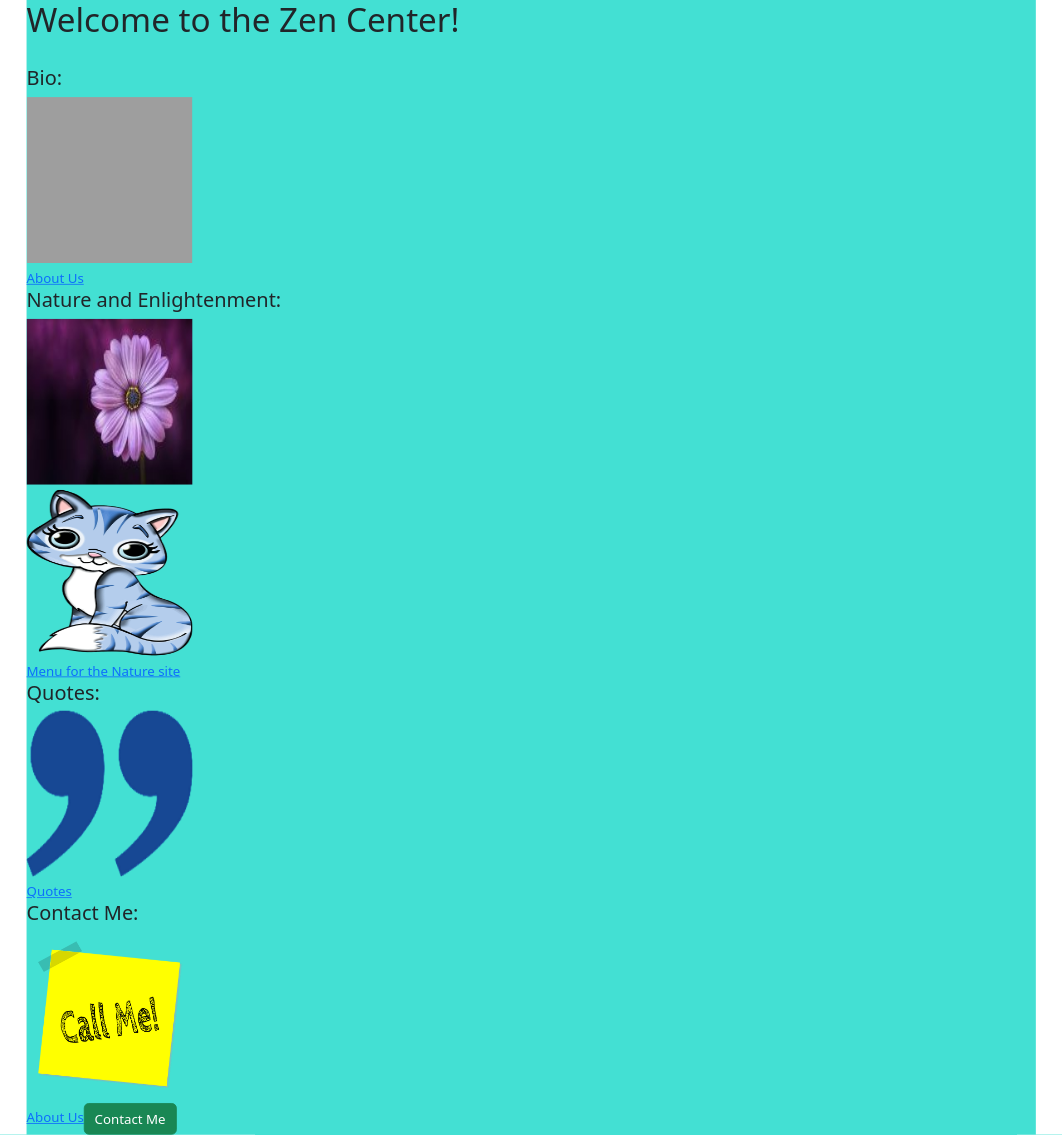
Repository: collegedude9300/zenstationnext
Page: /
The author's editor kept a copy of each file at every save. The page is drawn from the files as they stood at one save, then again after the next save.
The browser window is 1280 px wide. The pictures show the whole page, at 83% of full size.
Pictures or frames that could not be fetched are drawn as grey boxes. The project was rebuilt for these pictures with package versions that can differ from the ones it lists, and the page was loaded fresh each time. The framework's server and built-in components were replaced by stand-ins that run in the browser. Also part of the build but not shown: next.config.js.

Above is the page before, as saved 2022-10-11 13:30:30.

### pages/index.js

import Head from 'next/head'
import Image from 'next/image'
import styles from '../styles/Home.module.css'
import 'bootstrap/dist/css/bootstrap.css'
import Link from 'next/link'
export default function Home() {
  return (
    <div className={styles.container}>
      <Head>
        <title>Create Next App</title>
        <meta name="description" content="Generated by create next app" />
        <link rel="icon" href="/favicon.ico" />
      </Head>
      <main className={styles.pages}>
        <h1> Welcome to the Zen Center!</h1>
        <br/>
        <h4>Bio: </h4>
        <Image  alt="A black book in a grey background."src="/bout.jpg" width="200" height="200"/>
        <br/>
        <Link href="/About" class="btn btn-success">
          <a>About Us</a>
        </Link>
        <h4> Nature and Enlightenment: </h4>
        <Image  alt="A small purple flower ."src="/flower.jpg" width="200" height="200"/>
        <br/>
        <Image  alt="An animated blue cat."src="/cartooncat.png" width="200" height="200"/>
        <br/>
        <Link href="/MenuNature" class="btn btn-success">
          <a>Menu for the Nature site</a>
        </Link>
        <h4> Quotes: </h4>
        <Image alt="asdf" src="/quotes.png" width="200" height="200"/>
        <br/>
        <Link href="/Quotes" class="btn btn-success">
          <a>Quotes</a>
        </Link>
        <h4>Contact Me: </h4>
        <Image  alt="A yellow sticky note saying Call Me."src="/contact.png" width="200" height="200"/>
        <br/>
        <Link href="/about" class="btn btn-success">
          <a>About Us</a>
        </Link>
        <a href="Contact" class="btn btn-success"> Contact Me</a>
      </main>
    </div>
  )
}

### styles/Home.module.css
.container {
  padding: 0 2rem;
}
.pages{
  background-color: #43e0d3;
  min-height: 100vh;
}
.main {
  min-height: 100vh;
  padding: 4rem 0;
  flex: 1;
  display: flex;
  flex-direction: column;
  justify-content: center;
  align-items: center;
}

.footer {
  display: flex;
  flex: 1;
  padding: 2rem 0;
  border-top: 1px solid #eaeaea;
  justify-content: center;
  align-items: center;
}

.footer a {
  display: flex;
  justify-content: center;
  align-items: center;
  flex-grow: 1;
}

.title a {
  color: #0070f3;
  text-decoration: none;
}

.title a:hover,
.title a:focus,
.title a:active {
  text-decoration: underline;
}

.title {
  margin: 0;
  line-height: 1.15;
  font-size: 4rem;
}

.title,
.description {
  text-align: center;
}

.description {
  margin: 4rem 0;
  line-height: 1.5;
  font-size: 1.5rem;
}

.code {
  background: #fafafa;
  border-radius: 5px;
  padding: 0.75rem;
  font-size: 1.1rem;
  font-family: Menlo, Monaco, Lucida Console, Liberation Mono, DejaVu Sans Mono,
    Bitstream Vera Sans Mono, Courier New, monospace;
}

.grid {
  display: flex;
  align-items: center;
  justify-content: center;
  flex-wrap: wrap;
  max-width: 800px;
}

.card {
  margin: 1rem;
  padding: 1.5rem;
  text-align: left;
  color: inherit;
  text-decoration: none;
  border: 1px solid #eaeaea;
  border-radius: 10px;
  transition: color 0.15s ease, border-color 0.15s ease;
  max-width: 300px;
}

.card:hover,
.card:focus,
.card:active {
  color: #0070f3;
  border-color: #0070f3;
}

.card h2 {
  margin: 0 0 1rem 0;
  font-size: 1.5rem;
}

.card p {
  margin: 0;
  font-size: 1.25rem;
  line-height: 1.5;
}

.logo {
  height: 1em;
  margin-left: 0.5rem;
}

@media (max-width: 600px) {
  .grid {
    width: 100%;
    flex-direction: column;
  }
}

@media (prefers-color-scheme: dark) {
  .card,
  .footer {
    border-color: #222;
  }
  .code {
    background: #111;
  }
  .logo img {
    filter: invert(1);
  }
}

Loaded but not shown: pages/_app.js (common file); styles/globals.css (common file)

After the next save:
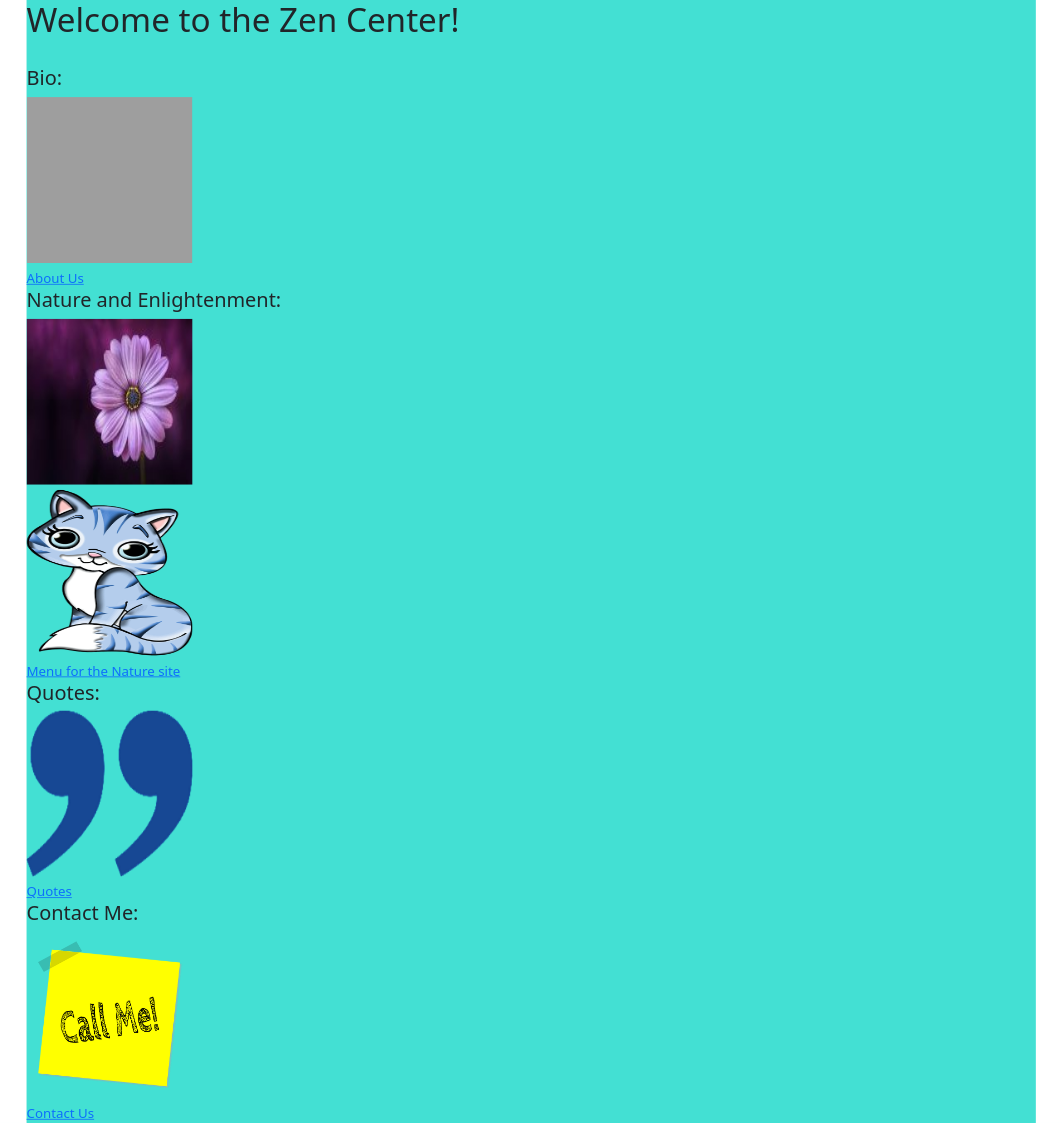
Saved 17 s later.
--- a/pages/index.js
+++ b/pages/index.js
@@ -38,10 +38,9 @@ export default function Home() {
         <h4>Contact Me: </h4>
         <Image  alt="A yellow sticky note saying Call Me."src="/contact.png" width="200" height="200"/>
         <br/>
-        <Link href="/about" class="btn btn-success">
-          <a>About Us</a>
+        <Link href="/Contact" class="btn btn-success">
+          <a>Contact Us</a>
         </Link>
-        <a href="Contact" class="btn btn-success"> Contact Me</a>
       </main>
     </div>
   )
